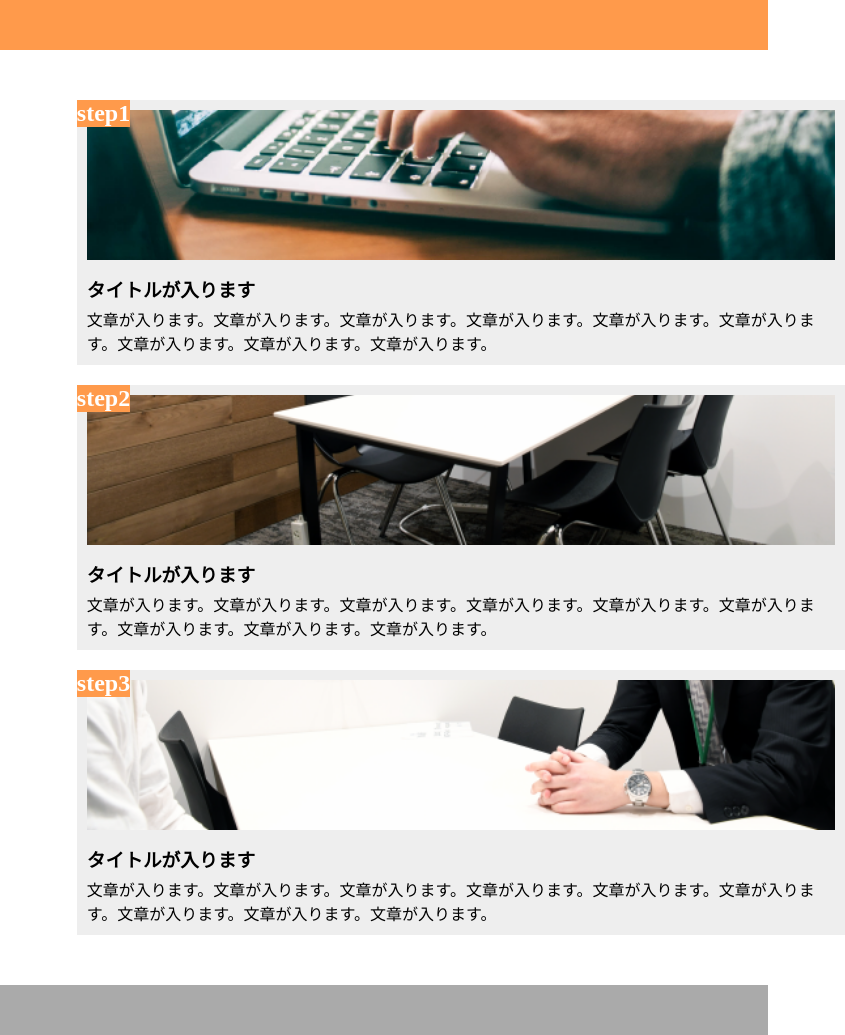
Repository: rie-koyuzu/kadai
Page: kadai/index.html
The author's editor kept a record of every edit. The page is drawn from the files as they stood at one moment, then again after the next edit.
The browser window is 768 px wide. The page is 845 px wide, then 768 px, so the pictures cover 845 px, including what lies to the right of the window. The pictures show the whole page.
Some web libraries are served in a nearby version.

Above is the page before.

### kadai/index.html
<!DOCTYPE html>
<html lang="ja">

  <head>

    <meta charset="UTF-8" />
    <meta name="viewport" content="width=device-width,initial-scale=1.0">
    <script src="https://kit.fontawesome.com/42ccd6fdce.js" crossorigin="anonymous"></script>
    <link rel="stylesheet" href="style.css" />
    <title>chapter10</title>
  </head>


  <body>
    <header>
      <div class="header"></div>
    </header>


<main>
    <div class="step-box">
      <!--<section class="main-step-text">-->
      <h1><div class="step1-item"></h1>
          <h2 class="step-num">step1</h2>
          <h3 class="step-title">タイトルが入ります</h3>
          <p>文章が入ります。文章が入ります。文章が入ります。文章が入ります。文章が入ります。文章が入ります。文章が入ります。文章が入ります。文章が入ります。
          </p>
          <!--</section>-->
          </div>
          </div>

    <div class="step-box">
      <h1><div class="step2-item"></h1>
        <!--<section class="main-step-text">-->
          <h2 class="step-num">step2</h2>
          <h3 class="step-title">タイトルが入ります</h3>
          <p>文章が入ります。文章が入ります。文章が入ります。文章が入ります。文章が入ります。文章が入ります。文章が入ります。文章が入ります。文章が入ります。
          </p>
         <!--</section>-->
          </div>
          </div>

   <div class="step-box">
     <h1><div class="step3-item"></h1>
        <!--<section class="main-step-text">-->
          <h2 class="step-num">step3</h2>
          <h3 class="step-title">タイトルが入ります</h3>
          <p>文章が入ります。文章が入ります。文章が入ります。文章が入ります。文章が入ります。文章が入ります。文章が入ります。文章が入ります。文章が入ります。
          </p>
          <!--</section>-->
          </div>
          </div>

    </div>
  </main>





<footer>
    <div class="footer"></div>
    </footer>



  </body>
</html>

### kadai/style.css
* {
  box-sizing: border-box;
  margin: 0;
  padding: 0;
}


header {
  height: 50px;
  background-color: #ff9a4b;
}

main {
  width: 960px;
  display: flex;
  margin: 50px auto;
}

.step-box {
  width: 300px;
  margin-right: 30px;
  padding: 10px;
  position: relative;
  background-color: #eeeeee;
}

.step-box:last-child {
  margin-right: 0;
}

.step1-item {
  height: 150px;
  background-image: url(img/flow01.png);
  background-position: bottom;
  background-size: cover;
}

.step2-item {
  height: 150px;
  background-image: url(img/flow02.png);
  background-position: bottom;
  background-size: cover;
}

.step3-item {
  height: 150px;
  background-image: url(img/flow03.png);
  background-position: bottom;
  background-size: cover;
}

.step-num {
  position: absolute;
  top: 0;
  left: 0;
  background-color: #ff9a4b;
  color: #ffffff;
}

.step-title {
  margin: 15px 0 5px;
}


footer {
  height: 50px;
  background-color: #aaaaaa;
}

@media screen and (max-width: 768px) {
  header {
    width: 100%;
  }

  main {
    width: 100%;
    display: block;
    margin-top: 50px;
    margin-left: 10%;
    margin-right: 10%;
  }

  .step-box {
    margin-top: 20px;
    width: 100%;
  }

  .step1-item {
    height: 150px;

  }

  .step2-item {
    width: 100%;
  }

  .step3-item {
    width: 100%;
  }

After the next edit:
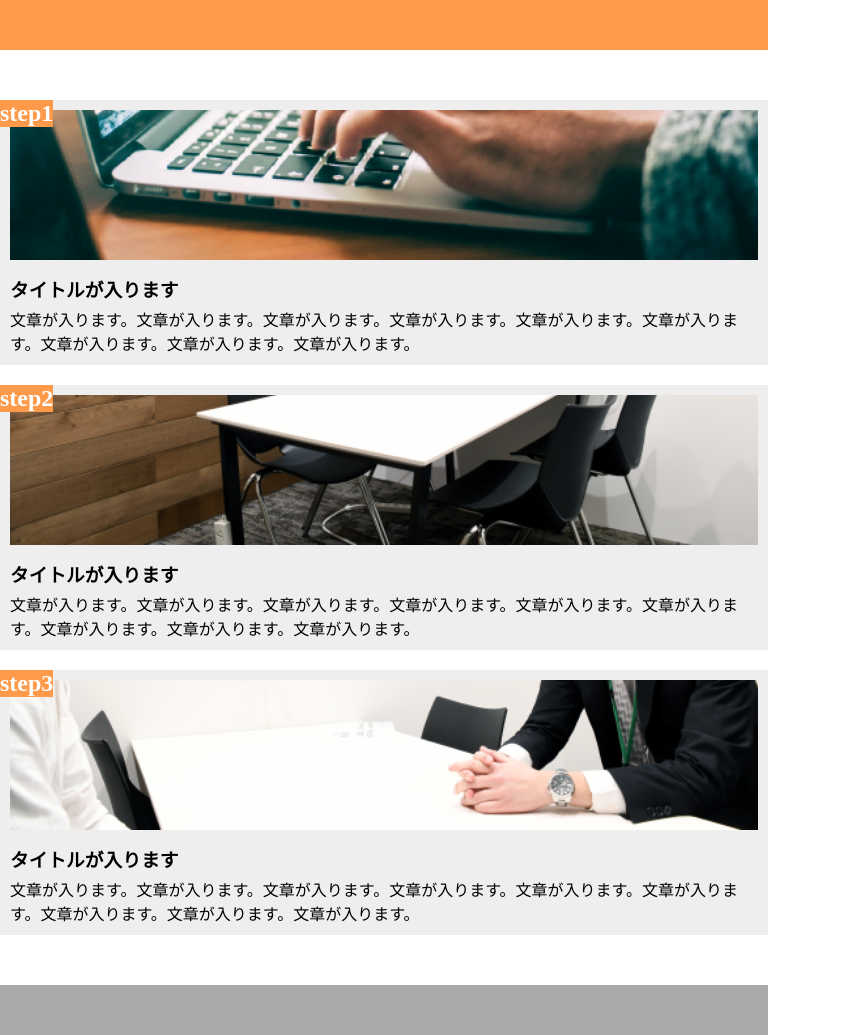
The edit:
--- a/kadai/style.css
+++ b/kadai/style.css
@@ -76,8 +76,6 @@
     width: 100%;
     display: block;
     margin-top: 50px;
-    margin-left: 10%;
-    margin-right: 10%;
   }
 
   .step-box {
